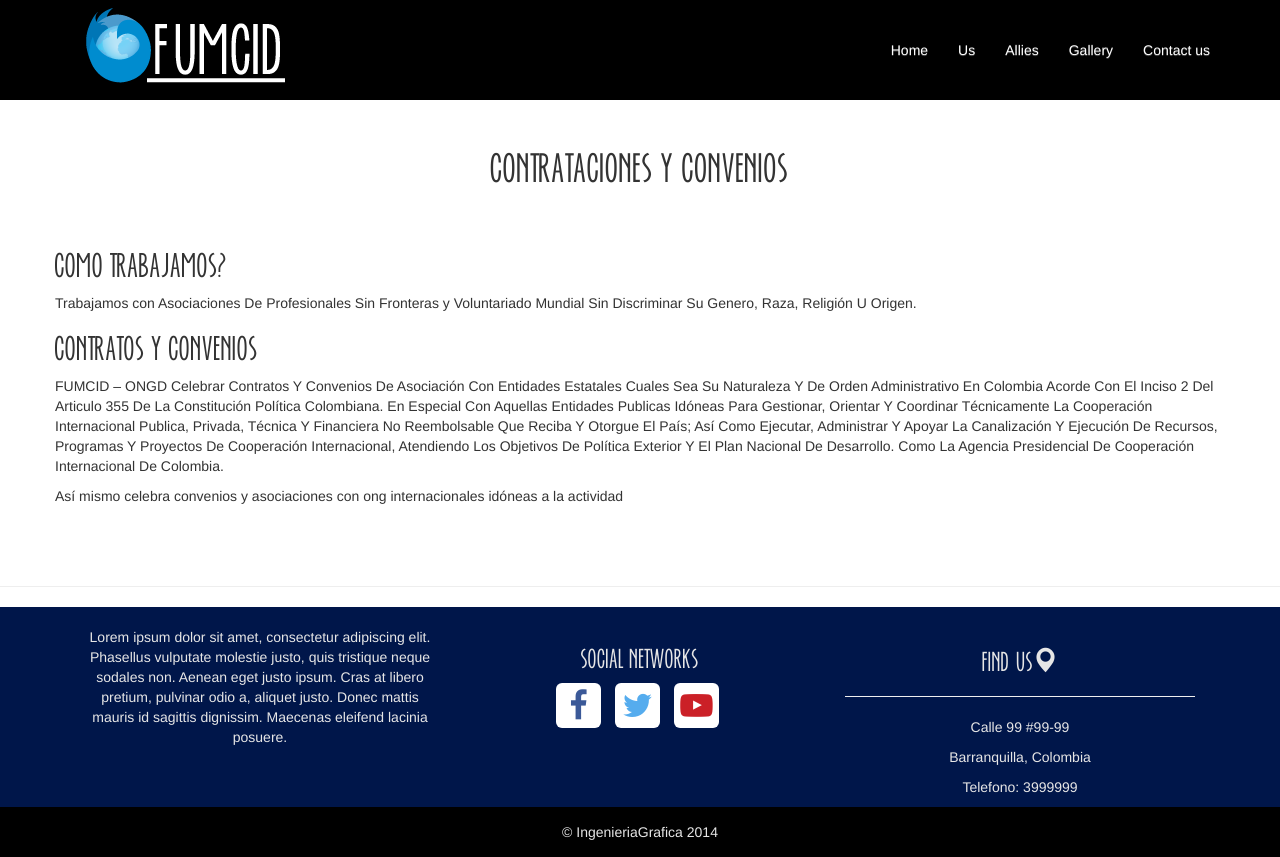
Repository: aarguelles93/Prototipo-portal-FUMCID
Page: http://localhost/contrataciones.php
The author's editor kept a record of every edit. The page is drawn from the files as they stood at one moment, then again after the next edit.
The browser window is 1280 px wide. The pictures show the whole page.
Some web libraries are served in a nearby version. The page is run by PHP 8.4 with error messages shown; the project is at /var/www/html/.

Above is the page before.

After the next edit:
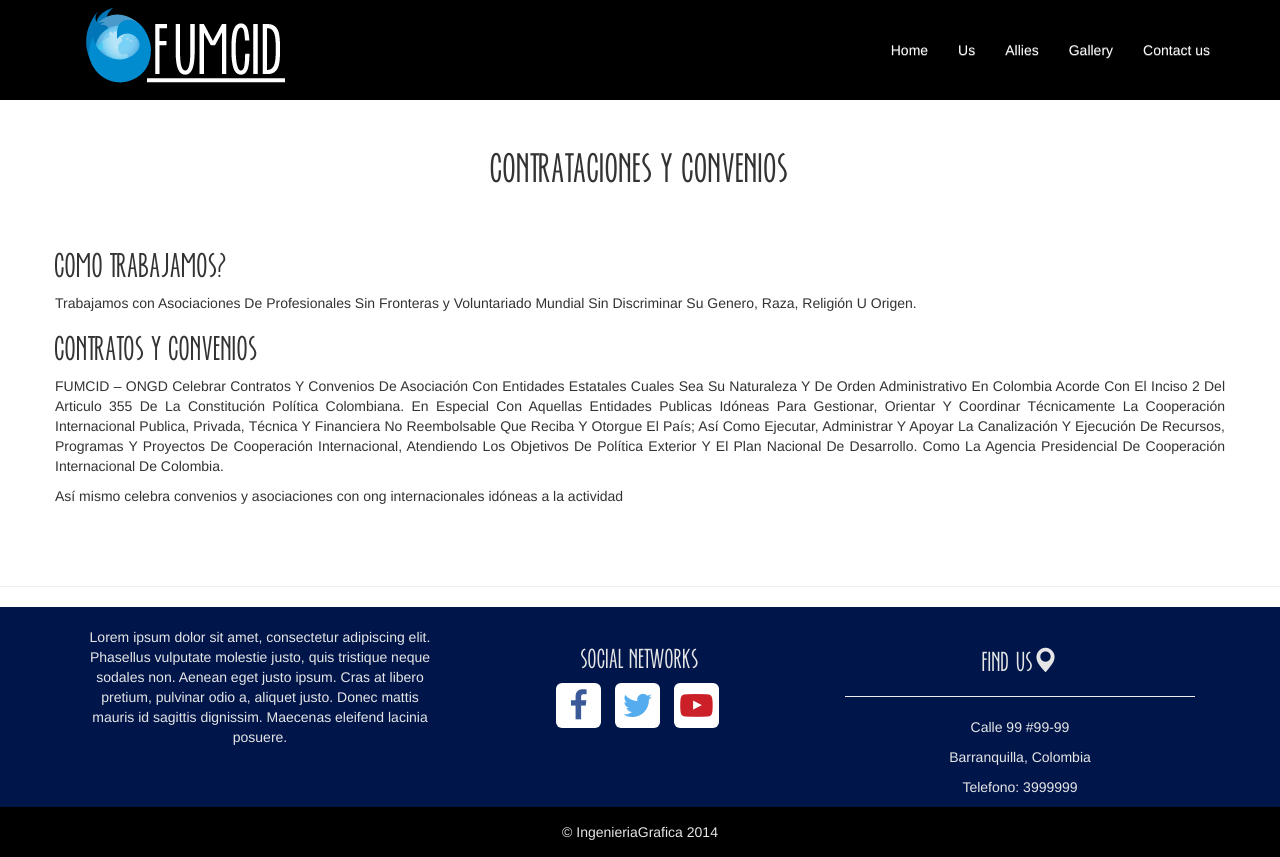
The edit:
--- a/contrataciones.php
+++ b/contrataciones.php
@@ -27,7 +27,7 @@
         </div>
         <div>
           <h2>Contratos y convenios</h2>
-          <p>FUMCID – ONGD Celebrar Contratos Y Convenios De Asociación Con Entidades Estatales Cuales Sea Su Naturaleza Y De Orden Administrativo En Colombia Acorde Con El Inciso 2 Del Articulo 355 De La Constitución Política Colombiana. En Especial Con Aquellas Entidades Publicas Idóneas Para Gestionar, Orientar Y Coordinar Técnicamente La Cooperación Internacional Publica, Privada, Técnica Y Financiera No Reembolsable Que Reciba Y Otorgue El País; Así Como Ejecutar, Administrar Y Apoyar La Canalización Y Ejecución De Recursos, Programas Y Proyectos De Cooperación Internacional, Atendiendo Los Objetivos De Política Exterior Y El Plan Nacional De Desarrollo. Como La Agencia Presidencial De Cooperación Internacional De Colombia.</p>
+          <p class="text-justify">FUMCID – ONGD Celebrar Contratos Y Convenios De Asociación Con Entidades Estatales Cuales Sea Su Naturaleza Y De Orden Administrativo En Colombia Acorde Con El Inciso 2 Del Articulo 355 De La Constitución Política Colombiana. En Especial Con Aquellas Entidades Publicas Idóneas Para Gestionar, Orientar Y Coordinar Técnicamente La Cooperación Internacional Publica, Privada, Técnica Y Financiera No Reembolsable Que Reciba Y Otorgue El País; Así Como Ejecutar, Administrar Y Apoyar La Canalización Y Ejecución De Recursos, Programas Y Proyectos De Cooperación Internacional, Atendiendo Los Objetivos De Política Exterior Y El Plan Nacional De Desarrollo. Como La Agencia Presidencial De Cooperación Internacional De Colombia.</p>
        </div>
         <div>
           <p>Así mismo celebra convenios y asociaciones con ong internacionales idóneas a la actividad</p>
